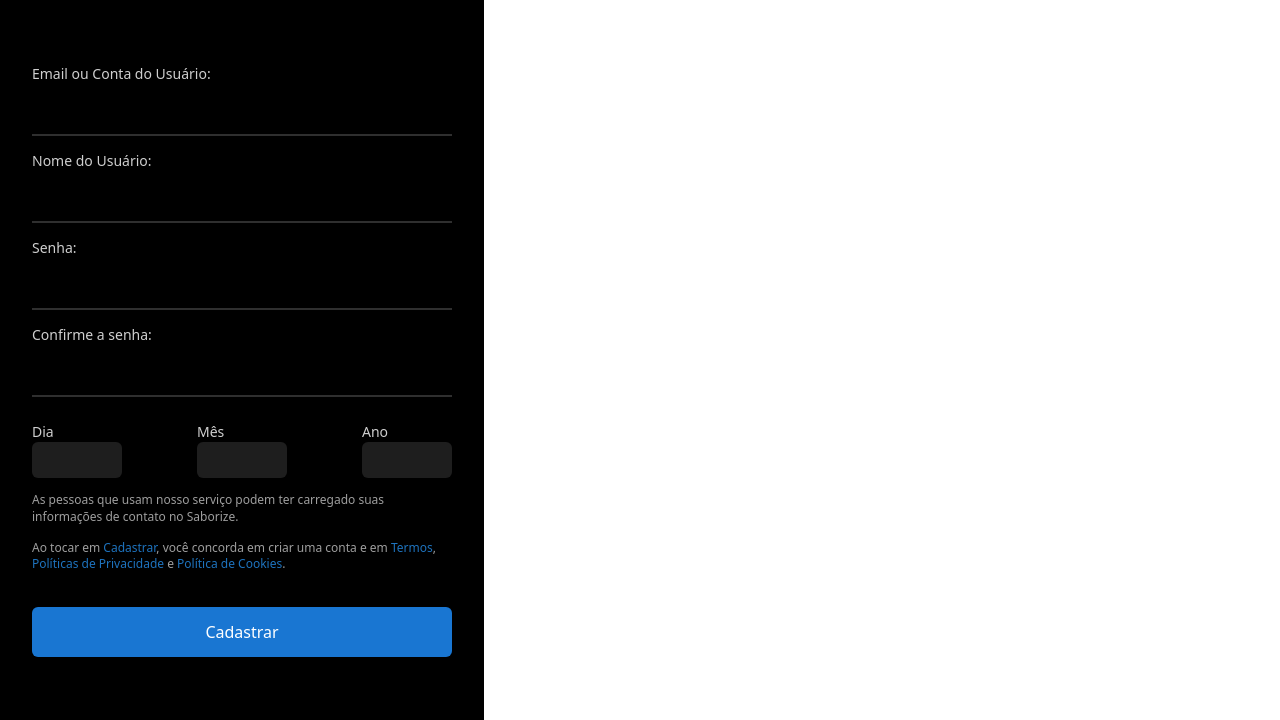
Repository: pedroantoniosi/saborize-site
Page: /
These files come from the project's save history. The page is drawn as it stood at one moment and after the next save; the edit follows.
The browser window is 1280 px wide. The pictures show the whole page.
The project was rebuilt for these pictures with package versions that can differ from the ones it lists, and the page was loaded fresh each time. Also part of the build but not shown: vite.config.ts.

Above is the page before, as saved 2026-03-08 00:22:16.

### index.html
<!doctype html>
<html lang="en">
  <head>
    <meta charset="UTF-8" />
    <link rel="icon" type="image/svg+xml" href="/vite.svg" />
    <meta name="viewport" content="width=device-width, initial-scale=1.0" />
    <title>saborize</title>
  </head>
  <body>
    <div id="root"></div>
    <script type="module" src="/src/main.tsx"></script>
  </body>
</html>

### src/main.tsx
import { StrictMode } from "react";
import { createRoot } from "react-dom/client";
import "./index.css";
import "./reset.css";
import App from "./App.tsx";

createRoot(document.getElementById("root")!).render(
  <StrictMode>
    <App />
  </StrictMode>,
);

### src/reset.css
/* <!-- ----------------------------------------------------------------------------------------------------------------- --> */
*,
*::before,
*::after {
  margin: 0;
  padding: 0;
  box-sizing: border-box;
  --primaryColor: #0275D8;
  --accentColor: #222222;
  --title-color: hsl(0, 0%, 100%);
  --text-color: hsl(0, 0%, 85%);
  --btn-border-radius: .4rem;
  --card-border-radius: .8rem;
}



input,
button,
select,
textarea {
  cursor: pointer;
  border: transparent;
  background-color: transparent;
  outline: none;
}

textarea {
  resize: none;
  min-height: 150px;

  /* Scrollbar moderno */
  &::-webkit-scrollbar {
    width: 12px;
    /* largura da barra lateral */
    height: 12px;
    /* altura da barra inferior */
  }

  &::-webkit-scrollbar-track {
    background: #0f0f0f;
    /* fundo do track */
  }

  &::-webkit-scrollbar-thumb {
    background-color: #555;
    border-radius: 10px;
    transition: background-color 0.3s ease;

    &:hover {
      background-color: #777;
      /* efeito hover suave */
    }

    &:active {
      background-color: #999;
      /* quando clica */
    }
  }

  /* Firefox */
  scrollbar-width: thin;
  scrollbar-color: #555 #0f0f0f;
}

ul,
ol {
  list-style: none;
}

a {
  text-decoration: none;
}

img,
picture {
  max-width: 100%;
  display: block;
  height: auto;
}

/* <!-- ----------------------------------------------------------------------------------------------------------------- --> */
.row-auto {
  display: flex;

  &>* {
    display: flex;
    flex: 1;
  }
}

.flex-1 {
  display: flex;
  flex: 1;
}

.flex-wrap {
  display: flex;
  flex-wrap: wrap;
}

/* <!-- ----------------------------------------------------------------------------------------------------------------- --> */
.row,
.row-xl,
.row-lg,
.row-md,
.row-sm {
  display: flex;
  flex-direction: row;
}

.col,
.col-xl,
.col-lg,
.col-md,
.col-sm {
  display: flex;
  flex-direction: column;
}

.row-reverse {
  display: flex;
  flex-direction: row-reverse;
}

.col-reverse {
  display: flex;
  flex-direction: column-reverse;
}

/* <!-- ----------------------------------------------------------------------------------------------------------------- --> */
.justify-center {
  justify-content: center;
}

.justify-around {
  justify-content: space-around;
}

.justify-between {
  justify-content: space-between;
}

.justify-evenly {
  justify-content: space-evenly;
}

.justify-start {
  justify-content: flex-start;
}

.justify-end {
  justify-content: flex-end;
}

/* <!-- ----------------------------------------------------------------------------------------------------------------- --> */
.align-center {
  align-items: center;
}

.align-start {
  align-items: start;
}

.align-end {
  align-items: end;
}

.align-self-center {
  align-self: center;
}

.align-self-start {
  align-self: flex-start;
}

.align-self-end {
  align-self: end;
}

/* <!-- ----------------------------------------------------------------------------------------------------------------- --> */
.gap-05 {
  gap: 0.5rem;
}

.gap-1 {
  gap: 1rem;
}

.gap-2 {
  gap: 2rem;
}

.gap-3 {
  gap: 3rem;
}

.gap-4 {
  gap: 4rem;
}

.gap-5 {
  gap: 5rem;
}

/* <!-- ----------------------------------------------------------------------------------------------------------------- --> */
.grid-auto {
  display: grid;
  grid-auto-flow: column;
  grid-auto-columns: 1fr;
}

.grid-2 {
  grid-template-columns: repeat(2, 1fr);
  grid-template-rows: auto;
}

.grid-3 {
  grid-template-columns: repeat(3, 1fr);
  grid-template-rows: auto;
}

.grid-4 {
  grid-template-columns: repeat(4, 1fr);
  grid-template-rows: auto;
}

.grid-5 {
  grid-template-columns: repeat(5, 1fr);
  grid-template-rows: auto;
}

.grid-6 {
  grid-template-columns: repeat(6, 1fr);
  grid-template-rows: auto;
}

.grid-7 {
  grid-template-columns: repeat(7, 1fr);
  grid-template-rows: auto;
}

.grid-8 {
  grid-template-columns: repeat(8, 1fr);
  grid-template-rows: auto;
}

.grid-9 {
  grid-template-columns: repeat(9, 1fr);
  grid-template-rows: auto;
}

.grid-10 {
  grid-template-columns: repeat(10, 1fr);
  grid-template-rows: auto;
}

.grid-11 {
  grid-template-columns: repeat(11, 1fr);
  grid-template-rows: auto;
}

.grid-12 {
  grid-template-columns: repeat(12, 1fr);
  grid-template-rows: auto;
}

.grid-2,
.grid-3,
.grid-4,
.grid-5,
.grid-6,
.grid-7,
.grid-8,
.grid-9,
.grid-10,
.grid-11,
.grid-12 {
  display: grid;
  grid-template-rows: 1fr;
}

/* <!-- -------------------------------- Margin -------------------------------- --> */
.m-auto {
  margin: 0 auto;
}

.mt-auto {
  margin-top: auto;
}

.mb-auto {
  margin-bottom: auto;
}

.ms-auto {
  margin-left: auto;
}

.me-auto {
  margin-right: auto;
}

.m-0 {
  margin: 0;
}

.m-05 {
  margin: 0.5rem;
}

.m-1 {
  margin: 1rem;
}

.m-2 {
  margin: 2rem;
}

.m-3 {
  margin: 3rem;
}

.m-4 {
  margin: 4rem;
}

.m-5 {
  margin: 5rem;
}

.mt-05 {
  margin-top: 0.5rem;
}

.mt-1 {
  margin-top: 1rem;
}

.mt-2 {
  margin-top: 2rem;
}

.mt-3 {
  margin-top: 3rem;
}

.mt-4 {
  margin-top: 4rem;
}

.mt-5 {
  margin-top: 5rem;
}

.mb-05 {
  margin-bottom: 0.5rem;
}

.mb-1 {
  margin-bottom: 1rem;
}

.mb-2 {
  margin-bottom: 2rem;
}

.mb-3 {
  margin-bottom: 3rem;
}

.mb-4 {
  margin-bottom: 4rem;
}

.mb-5 {
  margin-bottom: 5rem;
}

.ms-05 {
  margin-left: 0.5rem;
}

.ms-1 {
  margin-left: 1rem;
}

.ms-2 {
  margin-left: 2rem;
}

.ms-3 {
  margin-left: 3rem;
}

.ms-4 {
  margin-left: 4rem;
}

.ms-5 {
  margin-left: 5rem;
}

.me-05 {
  margin-right: 0.5rem;
}

.me-1 {
  margin-right: 1rem;
}

.me-2 {
  margin-right: 2rem;
}

.me-3 {
  margin-right: 3rem;
}

.me-4 {
  margin-right: 4rem;
}

.me-5 {
  margin-right: 5rem;
}

.mx-05 {
  margin-left: 0.5rem;
  margin-right: 0.5rem;
}

.mx-1 {
  margin-left: 1rem;
  margin-right: 1rem;
}

.mx-2 {
  margin-left: 2rem;
  margin-right: 2rem;
}

.mx-3 {
  margin-left: 3rem;
  margin-right: 3rem;
}

.mx-4 {
  margin-left: 4rem;
  margin-right: 4rem;
}

.mx-5 {
  margin-left: 5rem;
  margin-right: 5rem;
}

.my-05 {
  margin-top: 0.5rem;
  margin-bottom: 0.5rem;
}

.my-1 {
  margin-top: 1rem;
  margin-bottom: 1rem;
}

.my-2 {
  margin-top: 2rem;
  margin-bottom: 2rem;
}

.my-3 {
  margin-top: 3rem;
  margin-bottom: 3rem;
}

.my-4 {
  margin-top: 4rem;
  margin-bottom: 4rem;
}

.my-5 {
  margin-top: 5rem;
  margin-bottom: 5rem;
}

/* <!-- -------------------------------- Padding -------------------------------- --> */
.p-0 {
  padding: 0;
}

.p-05 {
  padding: 0.5rem;
}

.p-1 {
  padding: 1rem;
}

.p-2 {
  padding: 2rem;
}

.p-3 {
  padding: 3rem;
}

.p-4 {
  padding: 4rem;
}

.p-5 {
  padding: 5rem;
}

.pt-05 {
  padding-top: 0.5rem;
}

.pt-1 {
  padding-top: 1rem;
}

.pt-2 {
  padding-top: 2rem;
}

.pt-3 {
  padding-top: 3rem;
}

.pt-4 {
  padding-top: 4rem;
}

.pt-5 {
  padding-top: 5rem;
}

.pb-05 {
  padding-bottom: 0.5rem;
}

.pb-1 {
  padding-bottom: 1rem;
}

.pb-2 {
  padding-bottom: 2rem;
}

.pb-3 {
  padding-bottom: 3rem;
}

.pb-4 {
  padding-bottom: 4rem;
}

.pb-5 {
  padding-bottom: 5rem;
}

.ps-05 {
  padding-left: 0.5rem;
}

.ps-1 {
  padding-left: 1rem;
}

.ps-2 {
  padding-left: 2rem;
}

.ps-3 {
  padding-left: 3rem;
}

.ps-4 {
  padding-left: 4rem;
}

.ps-5 {
  padding-left: 5rem;
}

.pe-05 {
  padding-right: 0.5rem;
}

.pe-1 {
  padding-right: 1rem;
}

.pe-2 {
  padding-right: 2rem;
}

.pe-3 {
  padding-right: 3rem;
}

.pe-4 {
  padding-right: 4rem;
}

.pe-5 {
  padding-right: 5rem;
}

.px-05 {
  padding-left: 0.5rem;
  padding-right: 0.5rem;
}

.px-1 {
  padding-left: 1rem;
  padding-right: 1rem;
}

.px-2 {
  padding-left: 2rem;
  padding-right: 2rem;
}

.px-3 {
  padding-left: 3rem;
  padding-right: 3rem;
}

.px-4 {
  padding-left: 4rem;
  padding-right: 4rem;
}

.px-5 {
  padding-left: 5rem;
  padding-right: 5rem;
}

.py-05 {
  padding-top: 0.5rem;
  padding-bottom: 0.5rem;
}

.py-1 {
  padding-top: 1rem;
  padding-bottom: 1rem;
}

.py-2 {
  padding-top: 2rem;
  padding-bottom: 2rem;
}

.py-3 {
  padding-top: 3rem;
  padding-bottom: 3rem;
}

.py-4 {
  padding-top: 4rem;
  padding-bottom: 4rem;
}

.py-5 {
  padding-top: 5rem;
  padding-bottom: 5rem;
}

/* <!-- -------------------------------- Tools -------------------------------- --> */
.position-absolute {
  position: absolute;
}

.center-aboslute {
  top: 50%;
  left: 50%;
  transform: translate(-50%, -50%);
}

.position-relative {
  position: relative;
}

.position-fixed {
  position: fixed;
}

.position-sticky {
  position: sticky;
}

/* <!-- -------------------------------- Display -------------------------------- --> */
.row,
.row-xl,
.row-lg,
.row-md,
.row-sm {
  display: flex;
}

.d-grid,
.d-grid-xl,
.d-grid-lg,
.d-grid-md,
.d-grid-sm {
  display: grid;
}

.d-none,
.d-none-xl,
.d-none-lg,
.d-none-md,
.d-none-sm {
  display: none;
}

.d-block,
.d-block-xl,
.d-block-lg,
.d-block-md,
.d-block-sm {
  display: block;
}

.d-flex,
.d-flex-xl,
.d-flex-lg,
.d-flex-md,
.d-flex-sm {
  display: flex;
}

/* <!-- -------------------------------- Tools -------------------------------- --> */
.cursor-pointer {
  cursor: pointer;
}

.overflow-hidden {
  overflow: hidden;
}

.textwrap-none {
  white-space: none;
}

.select-none {
  -webkit-user-select: none;
  -moz-user-select: none;
  user-select: none;
}

.text-center {
  text-align: center;
}

.place-center {
  place-items: center;
}

.w-100 {
  width: 100%;
}

.h-100 {
  height: 100%;
}

/* Large screen devices (Desktops) */
@media (max-width: 992px) {
  .row-lg {
    display: flex;
    flex-direction: column;
  }

  .d-flex-lg {
    display: none;
  }

  .d-none-lg {
    display: block;
  }
}

/* Medium Screens Devices (Tablets) */
@media (max-width: 768px) {
  .row-md {
    display: flex;
    flex-direction: column;
  }

  .d-flex-md {
    display: none;
  }

  .d-none-md {
    display: block;
  }
}

/*  Small devices (Phones) */
@media (max-width: 568px) {
  .row-sm {
    display: flex;
    flex-direction: column;
  }

  .d-flex-sm {
    display: none;
  }

  .d-none-sm {
    display: block;
  }
}

/*# sourceMappingURL=reset.css.map */

### src/App.tsx
import Register from "@/components/Register/";

function App() {
  return (
    <>
      <Register></Register>
    </>
  );
}

export default App;

### src/components/Register/index.tsx
import React from "react";
import styles from "./index.module.css";

export default function Register() {
  return (
    <div className={styles.registerContainer}>
      {/* LADO DIREITO */}
      <div className={styles.registerRight}>
        <form className={styles.registerForm}>
          <label>Email ou Conta do Usuário:</label>
          <input type="text" />

          <label>Nome do Usuário:</label>
          <input type="text" />

          <label>Senha:</label>
          <input type="password" />

          <label>Confirme a senha:</label>
          <input type="password" />

          <div className={styles.dateRow}>
            <div>
              <label>Dia</label>
              <input type="text" />
            </div>

            <div>
              <label>Mês</label>
              <input type="text" />
            </div>

            <div>
              <label>Ano</label>
              <input type="text" />
            </div>
          </div>

          <p className={styles.terms}>
            As pessoas que usam nosso serviço podem ter carregado suas
            informações de contato no Saborize.
          </p>

          <p className={styles.terms}>
            Ao tocar em <span>Cadastrar</span>, você concorda em criar uma conta
            e em <span>Termos</span>, <span>Políticas de Privacidade</span> e{" "}
            <span>Política de Cookies</span>.
          </p>

          <button type="submit" className={styles.submitBtn}>
            Cadastrar
          </button>
        </form>
      </div>
    </div>
  );
}

### src/components/Register/index.module.css
.registerContainer {
    width: 100%;
    min-height: 100vh;
    display: flex;
}

/* LADO DIREITO */

.registerRight {
    padding: 2rem;
    min-height: 100vh;
    background: #000;
    display: flex;
    justify-content: center;
    align-items: center;
}

.registerForm {
    width: 420px;
    display: flex;
    flex-direction: column;
    gap: 14px;
    color: #e5e5e5;
}

/* labels */

.registerForm label {
    font-size: 14px;
    color: #cfcfcf;
}

/* inputs */

.registerForm input {
    width: 100%;
    background: transparent;
    border: none;
    border-bottom: 2px solid #2f2f2f;
    padding: 10px 0;
    color: white;
    font-size: 14px;
    outline: none;
}

.registerForm input:focus {
    border-bottom: 2px solid #1e73be;
}

/* linha da data */

.dateRow {
    display: flex;
    justify-content: space-between;
    margin-top: 10px;
}

.dateRow div {
    display: flex;
    flex-direction: column;
    width: 90px;
}

.dateRow input {
    background: #1e1e1e;
    border: none;
    padding: 10px;
    border-radius: 6px;
}

/* termos */

.terms {
    font-size: 12px;
    color: #9e9e9e;
    line-height: 1.4;
}

.terms span {
    color: #1e73be;
    cursor: pointer;
}

/* botão */

.submitBtn {
    margin-top: 20px;
    padding: 14px;
    border: none;
    border-radius: 6px;
    background: #1976d2;
    color: white;
    font-size: 16px;
    cursor: pointer;
    transition: background 0.2s;
}

.submitBtn:hover {
    background: #1565c0;
}

Loaded but not shown: src/index.css (common file)

After the next save:
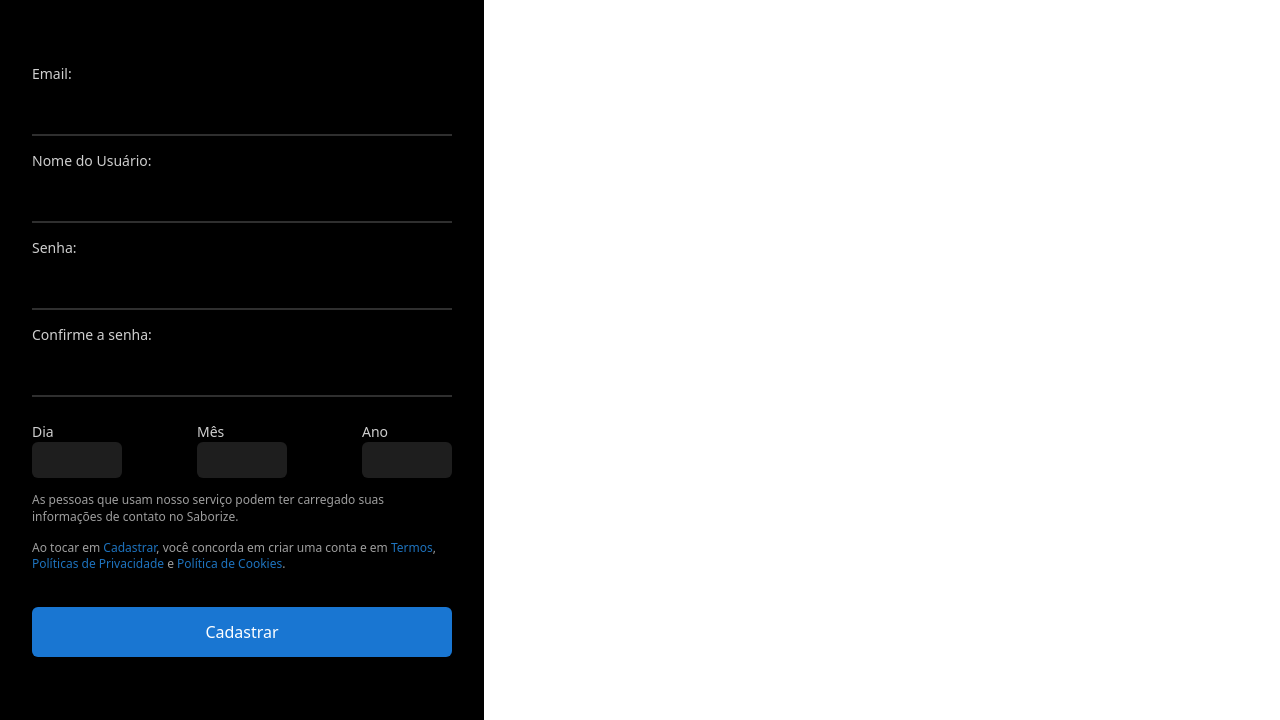
Saved 21 h 31 min later.
--- a/src/components/Register/index.tsx
+++ b/src/components/Register/index.tsx
@@ -7,7 +7,7 @@
       {/* LADO DIREITO */}
       <div className={styles.registerRight}>
         <form className={styles.registerForm}>
-          <label>Email ou Conta do Usuário:</label>
+          <label>Email:</label>
           <input type="text" />
 
           <label>Nome do Usuário:</label>
